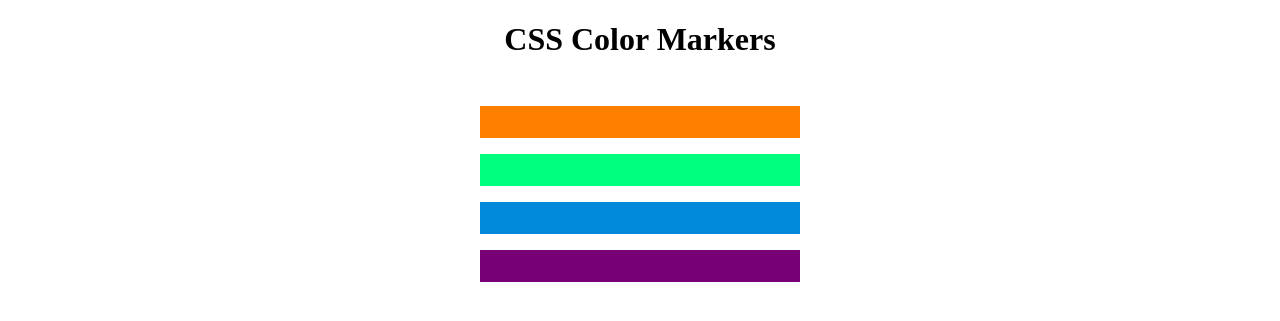
Repository: Lungdjos/color_markers
Page: index.html
An editor plug-in stored every save of this project. The page is shown before and after the next save, followed by the edit.
The browser window is 1280 px wide. The pictures show the whole page.

Above is the page before, as saved 2023-09-14 18:25:41.

### index.html
<!DOCTYPE html>
<html lang="en">

<head>
    <meta charset="UTF-8">
    <meta name="viewport" content="width=device-width, initial-scale=1.0">
    <title>Colored Markers</title>
    <link rel="stylesheet" href="styles.css">
</head>

<body>
    <h1>CSS Color Markers</h1>
    <div class="container">
        <div class="marker orange"></div>
        <div class="marker green"></div>
        <div class="marker cyan"></div>
        <div class="marker purple"></div>
    </div>
</body>

</html>

### styles.css
/* STYLING */

h1 {
    text-align: center;
}

.marker {
    /* background-color: red; */
    width: 320px;
    height: 32px;
    margin: 16px auto;
}

.orange {
    background-color: rgb(255, 127, 0);
}

.green {
    background-color: rgb(0, 255, 127);
}

.cyan {
    background-color: #0088da;
}

.purple {
    background-color: #707;
}

.container {
    background-color: rgb(255, 255, 255);
    margin: auto;
    padding: 10px 0px;
}

After the next save:
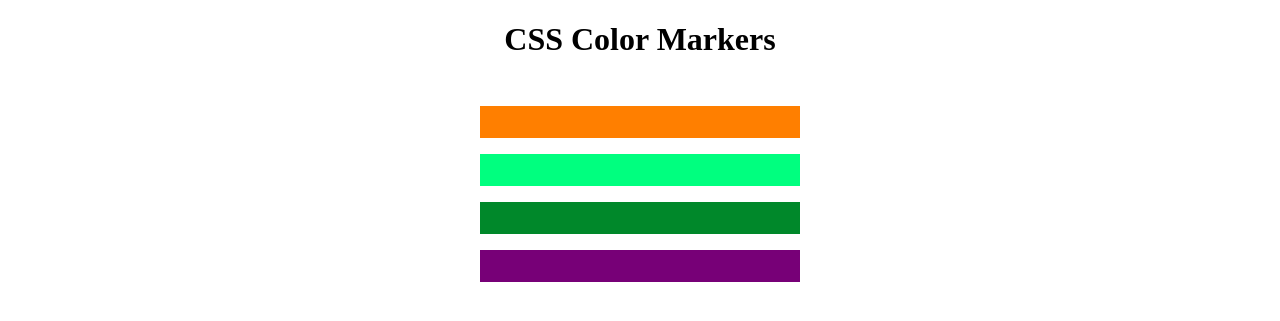
Saved 13 s later.
--- a/styles.css
+++ b/styles.css
@@ -20,7 +20,7 @@
 }
 
 .cyan {
-    background-color: #0088da;
+    background-color: #00882a;
 }
 
 .purple {

After the 2 saves that followed:
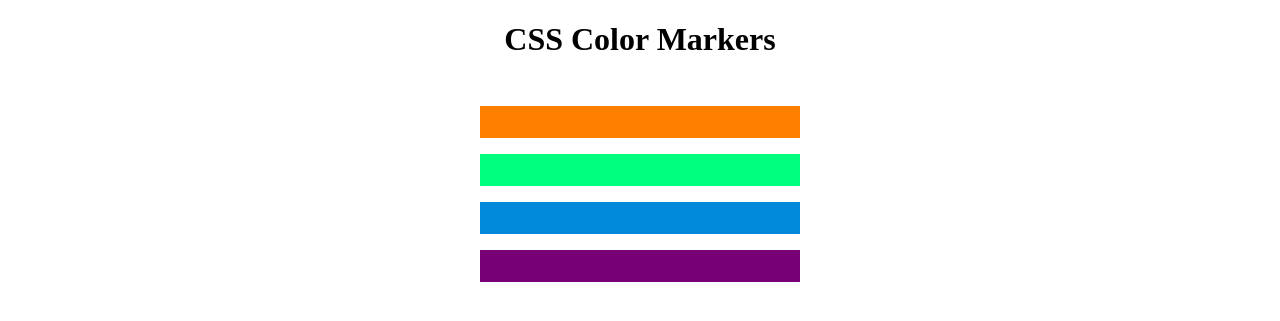
The 2 saves are shown as one change because they came seconds apart.
The last was saved 10 s later.
--- a/styles.css
+++ b/styles.css
@@ -20,7 +20,7 @@
 }
 
 .cyan {
-    background-color: #00882a;
+    background-color: #0088da;
 }
 
 .purple {
